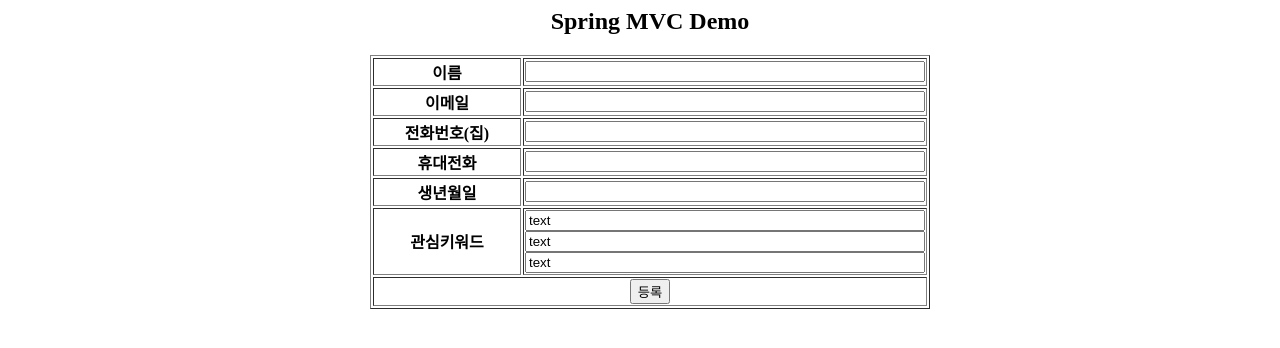
Repository: yeobinJeong/SpringFrameWork
Page: http://localhost/11.spring.mvc4/
An editor plug-in stored every save of this project. The page is shown before and after the next save, followed by the edit.
The browser window is 1280 px wide. The pictures show the whole page.
The page is served by Tomcat 9.

Above is the page before, as saved 2016-05-18 07:42:55.

After the next save:
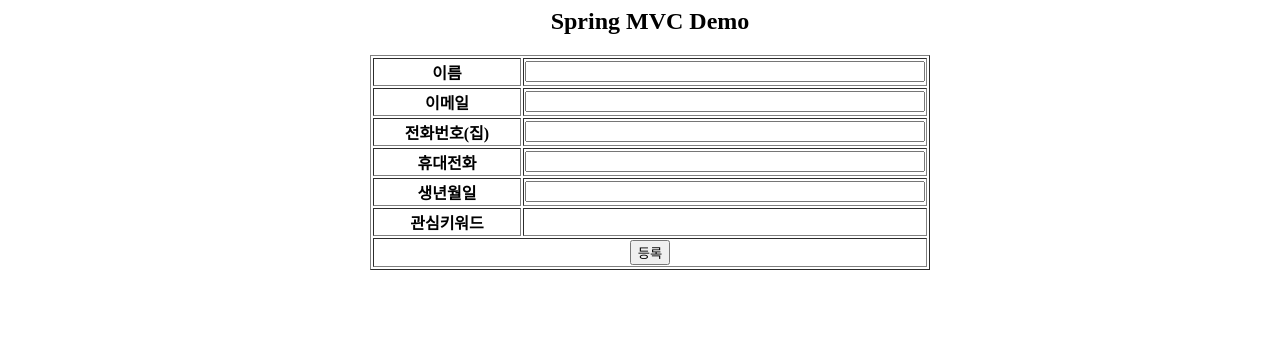
Saved 46 s later.
--- a/11.spring.mvc4/src/main/webapp/WEB-INF/views/home.jsp
+++ b/11.spring.mvc4/src/main/webapp/WEB-INF/views/home.jsp
@@ -31,9 +31,9 @@
 			<tr>
 				<th style="width:150px">관심키워드</th>
 				<td>
-					<input value="text" name="tags[0]" style="width:400px"><br />
-					<input value="text" name="tags[1]" style="width:400px"><br />
-					<input value="text" name="tags[2]" style="width:400px">
+					<form:checkbox path="tags[0]" value="" title="tags[0]"/>
+					<form:checkbox path="tags[1]" value="" title="tags[1]"/>
+					<form:checkbox path="tags[2]" value="" title="tags[2]"/>
 				</td>
 			</tr>
 			<tr>
